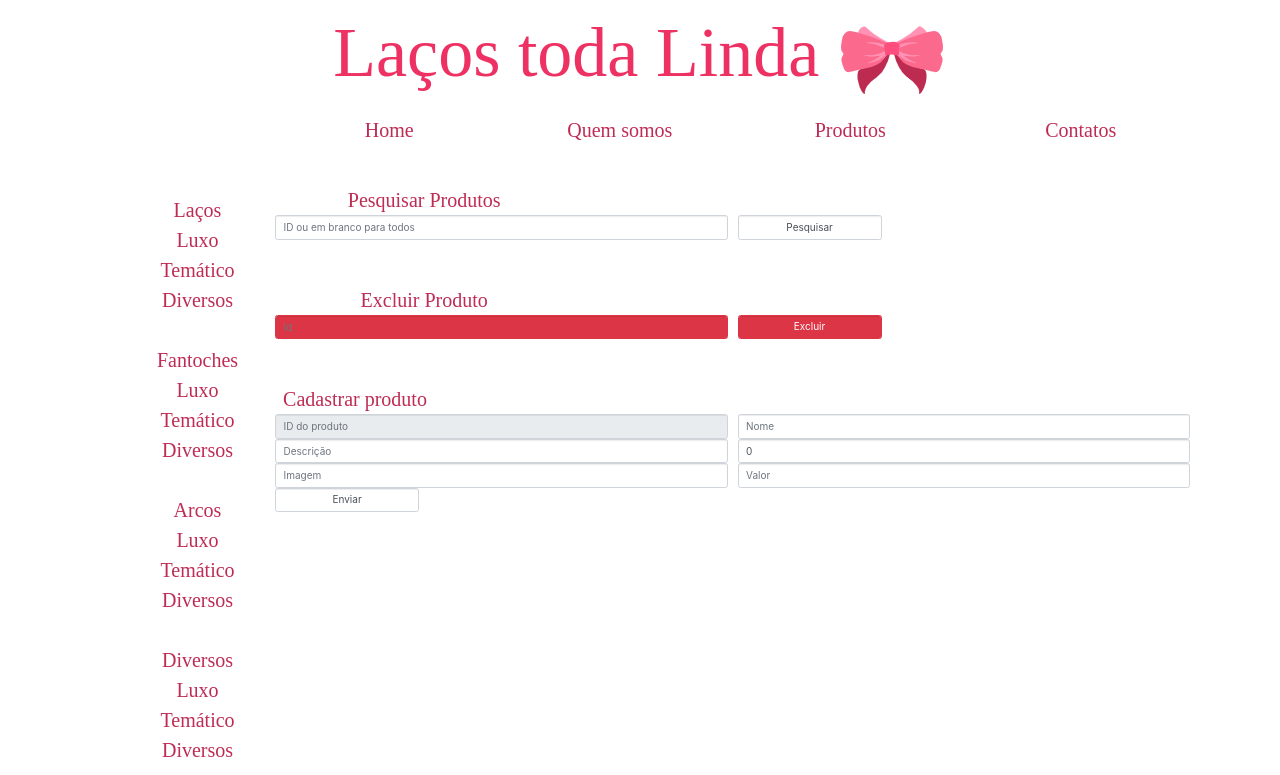
Repository: felipe-camilo/projin2
Page: http://localhost/projetointegrador/admin.jsp
The author's editor kept a copy of each file at every save. The page is drawn from the files as they stood at one save, then again after the next save.
The browser window is 1280 px wide. The pictures show the whole page.
Some web fonts or font styles are not loaded; a fallback is used. The page is served by Tomcat 9.

Above is the page before, as saved 2022-03-30 01:36:37.

After the next save:
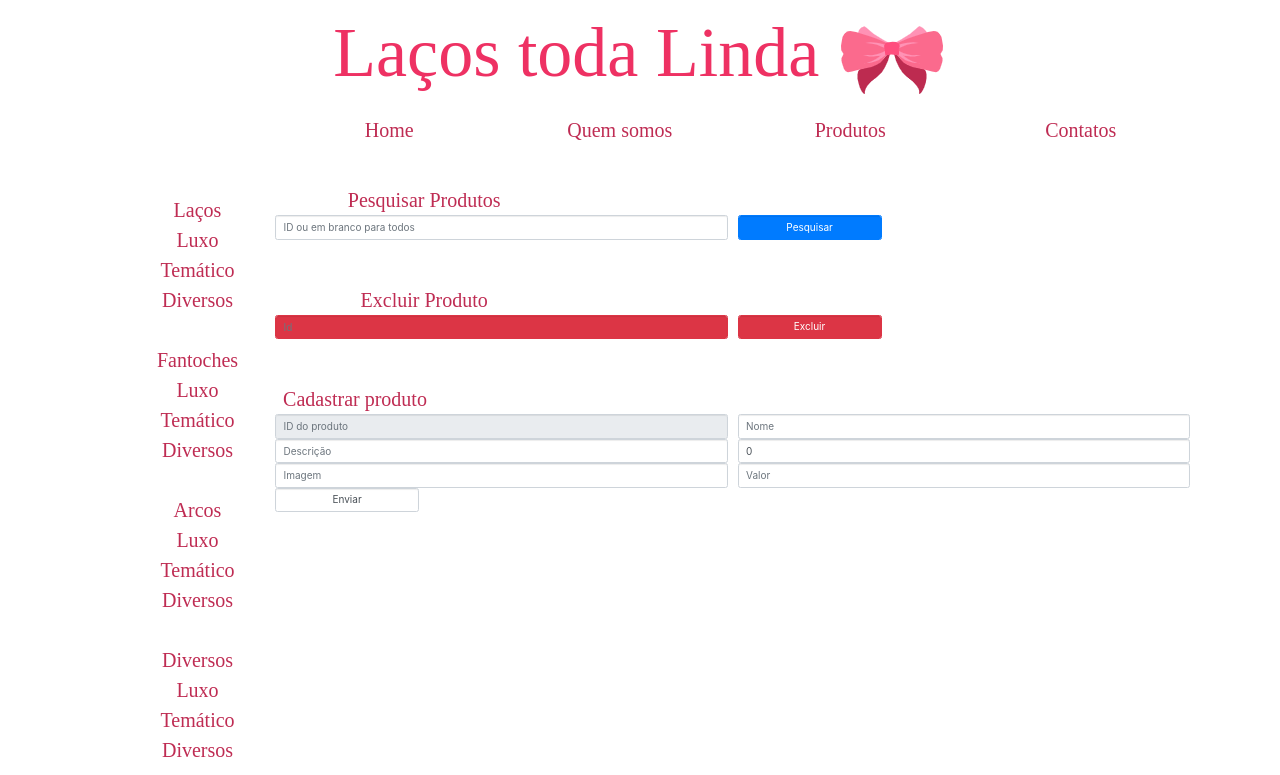
Saved 7 s later.
--- a/projetointegrador/src/main/webapp/admin.jsp
+++ b/projetointegrador/src/main/webapp/admin.jsp
@@ -164,7 +164,7 @@
 									placeholder="ID ou em branco para todos" name="pesquisa">
 							</div>
 							<div class="col-2">
-								<input class="form-control primary" type="submit" name="pesquisar"
+								<input class="form-control btn-primary" type="submit" name="pesquisar"
 									value="Pesquisar">
 							</div>
 						</div>
